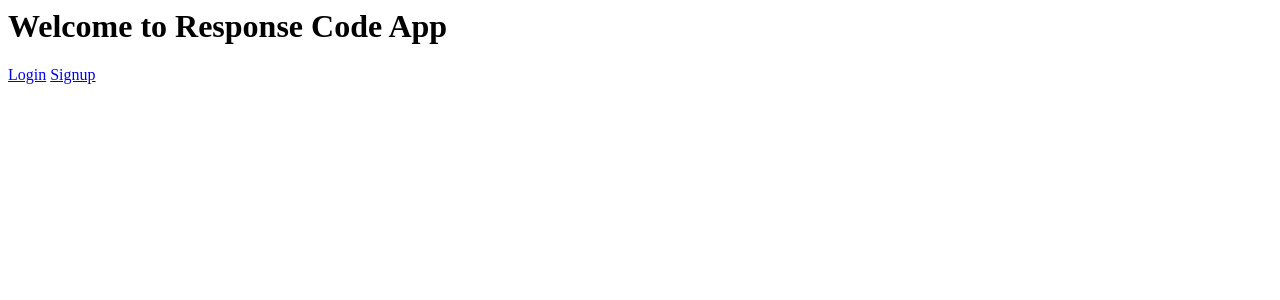
Repository: ramk06/Moengage-assesment
Page: http://localhost/my-assignment/
These files come from the project's save history. The page is drawn as it stood at one moment and after the next save; the edit follows.
The browser window is 1280 px wide. The pictures show the whole page.
The page is served by Tomcat 9. Other server files are loaded and not shown.

Above is the page before, as saved 2024-11-21 04:29:40.

### my-assignment/src/main/webapp/index.jsp
<html>
<head>
    <meta charset="UTF-8">
    <meta name="viewport" content="width=device-width, initial-scale=1.0">
    <title>Welcome</title>
 </head>
<body>
    <div class="container">
        <h1>Welcome to Response Code App</h1>
        <a href="login.jsp" class="button">Login</a>
        <a href="signup.jsp" class="button">Signup</a>
    </div>
</body>
</html>

After the next save:
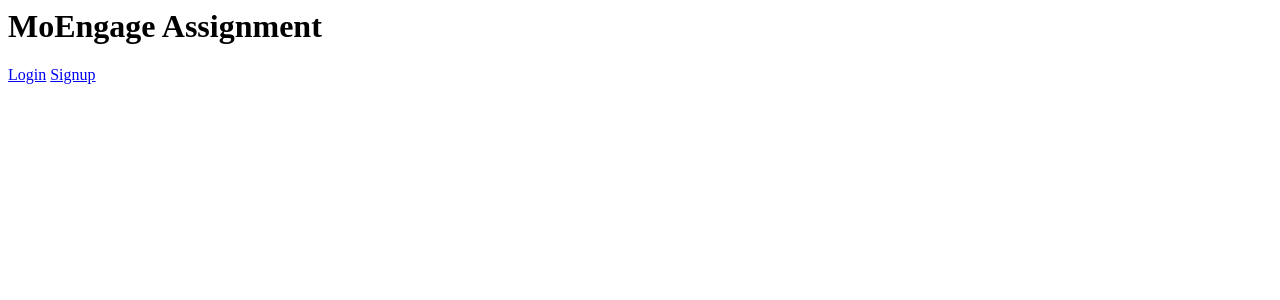
Saved 100 s later.
--- a/my-assignment/src/main/webapp/index.jsp
+++ b/my-assignment/src/main/webapp/index.jsp
@@ -1,14 +1,14 @@
 <html>
 <head>
-    <meta charset="UTF-8">
-    <meta name="viewport" content="width=device-width, initial-scale=1.0">
-    <title>Welcome</title>
- </head>
+<meta charset="UTF-8">
+<meta name="viewport" content="width=device-width, initial-scale=1.0">
+<title>Welcome</title>
+</head>
 <body>
-    <div class="container">
-        <h1>Welcome to Response Code App</h1>
-        <a href="login.jsp" class="button">Login</a>
-        <a href="signup.jsp" class="button">Signup</a>
-    </div>
+	<div class="container">
+		<h1>MoEngage Assignment</h1>
+		<a href="login.jsp" class="button">Login</a> <a href="signup.jsp"
+			class="button">Signup</a>
+	</div>
 </body>
 </html>
